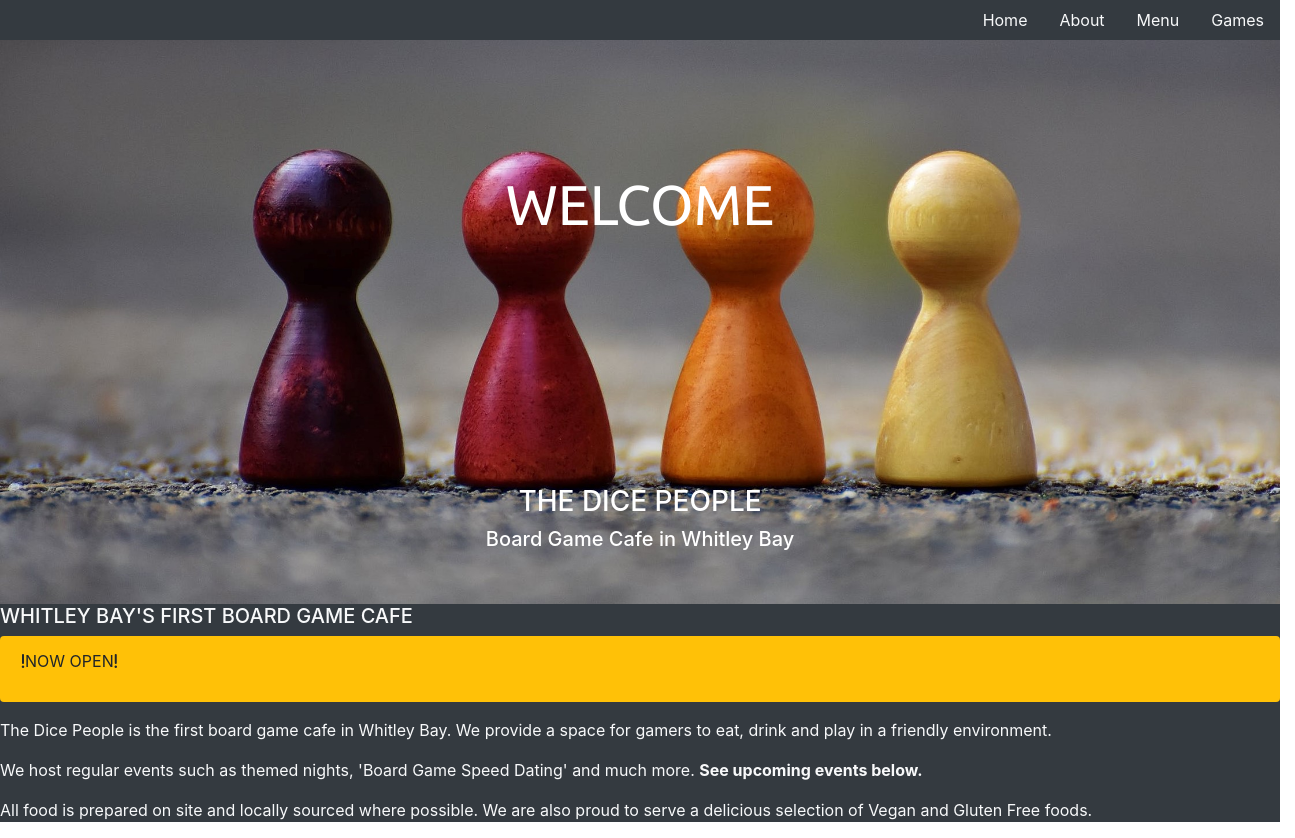
Repository: Code-Institute-Submissions/eleanorpro-milestoneproject1
Page: index.html
The author's editor kept a record of every edit. The page is drawn from the files as they stood at one moment, then again after the next edit.
The browser window is 1280 px wide. The page is 1295 px wide, so the pictures cover 1295 px, including what lies to the right of the window. The pictures show the whole page.
Some web libraries are served in a nearby version.

Above is the page before.

### index.html
<!DOCTYPE html>
<html lang="en">

<head>
    <meta charset="UTF-8">
    <meta name="viewport" content="width=device-width, initial-scale=1.0 shrink-to-fit=no">
    <meta http-equiv="X-UA-Compatible" content="ie=edge">
    <link rel="stylesheet" href="https://stackpath.bootstrapcdn.com/bootstrap/4.3.1/css/bootstrap.min.css" integrity="sha384-ggOyR0iXCbMQv3Xipma34MD+dH/1fQ784/j6cY/iJTQUOhcWr7x9JvoRxT2MZw1T" crossorigin="anonymous">
    <link href="https://fonts.googleapis.com/css?family=Ubuntu&display=swap" rel="stylesheet">
    <script src="https://kit.fontawesome.com/6737ff54ee.js" crossorigin="anonymous"></script>
    <link rel="stylesheet" href="css/style.css" type="text/css" />
    <title>The Dice People</title>
</head>

<body>
    <header>
        <nav class="bg-dark">
            <ul class="nav justify-content-end">
                <li class="nav-item">
                    <a class="nav-link active text-light bg-dark" href="index.html">Home</a>
                </li>
                <li class="nav-item">
                    <a class="nav-link text-light bg-dark" href="#">About</a>
                </li>
                <li class="nav-item">
                    <a class="nav-link text-light bg-dark" href="#">Menu</a>
                </li>
                <li class="nav-item">
                    <a class="nav-link text-light bg-dark" href="#">Games</a>
                </li>
            </ul>
        </nav>
        <div class="row">
            <div class="col">
                <div class="main-img">
                    <img class="bg-image" src="media/images/pieces.jpeg" alt="board game playing pieces">
                    <div class="centered">
                        <h1 class="uppercase display-4">Welcome</h1>
                    </div>
                    <div class="bottom-center mobhide">
                        <h3 class="uppercase">The Dice People</h2>
                            <h5>Board Game Cafe in Whitley Bay</h3>
                    </div>
                </div>
            </div>
        </div>

    </header>
    <section class="bg-dark">
        <h5 class="main-head uppercase text-light">Whitley Bay's first board game cafe</h5>
        <div class="alert bg-warning">
            <p><i class="fas fa-exclamation"></i><span>NOW OPEN</span><i class="fas fa-exclamation"></i></p>
        </div>
        <div class="intro text-light">
            <p>The Dice People is the first board game cafe in Whitley Bay. We provide a space for gamers to eat, drink and play in a friendly environment.</p>
            <p>We host regular events such as themed nights, 'Board Game Speed Dating' and much more. <strong>See upcoming events below.</strong></p>
            <p>All food is prepared on site and locally sourced where possible. We are also proud to serve a delicious selection of Vegan and Gluten Free foods.</p>
        </div>
    </section>
    <footer>

    </footer>
</body>

</html>

### css/style.css
/*--------------------------------------Text Styling */

.uppercase {
    text-transform: uppercase;
}

.centered {
    font-family: "Ubuntu", sans-serif;
}

.welcome {

}

/*--------------------------------------Navigation */

nav {
    width: 100%;
}

/*--------------------------------------Main Image */

.bg-image {
    width: 100%;
}


.main-img {
    position: relative;
    text-align: center;
    color: white;
}

.centered {
    position: absolute;
    top: 30%;
    left: 50%;
    transform: translate(-50%, -50%);
}

.bottom-center {
    position: absolute;
    bottom: 8px;
    left: 50%;
    transform: translate(-50%, -50%);
}

@media (max-width: 600px) {
.mobhide {
    display: none;
}
}

After the next edit:
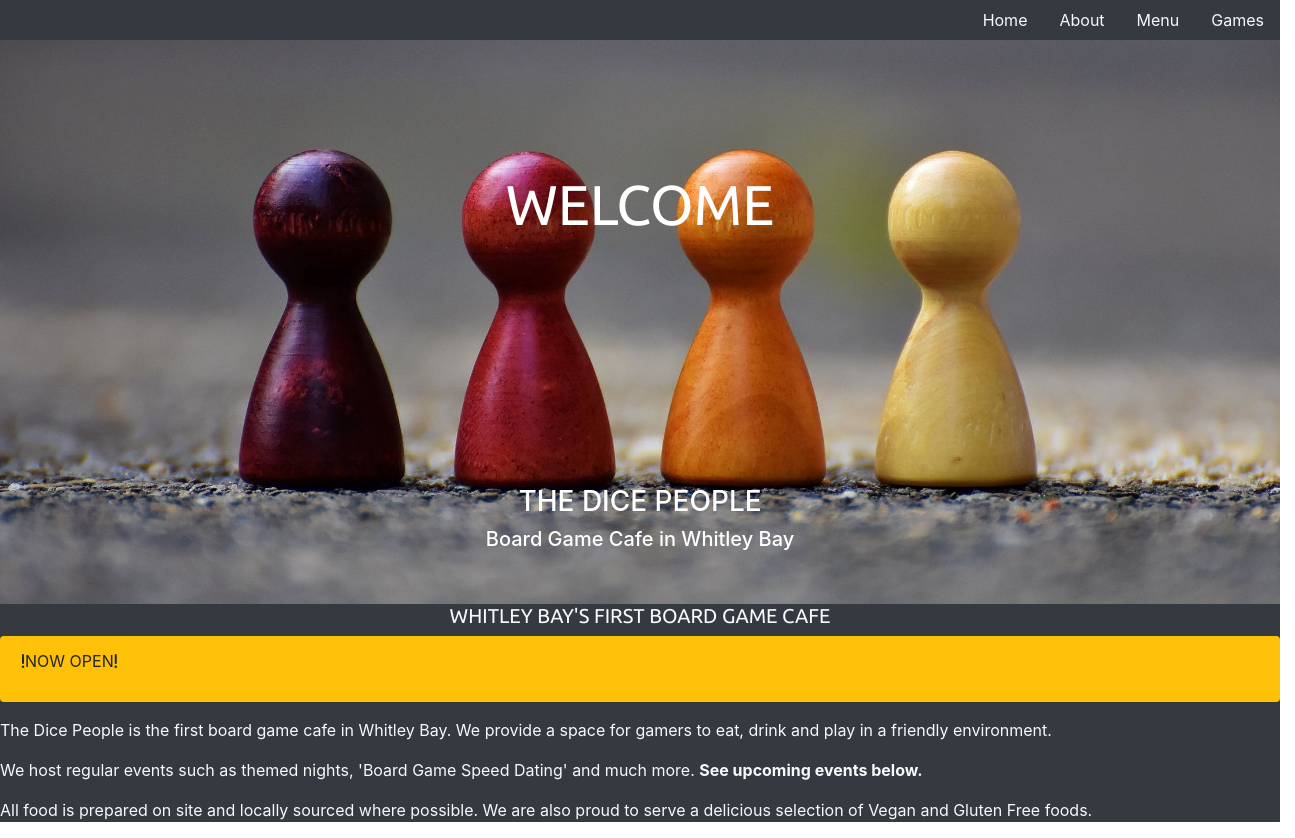
The edit:
--- a/css/style.css
+++ b/css/style.css
@@ -8,8 +8,9 @@
     font-family: "Ubuntu", sans-serif;
 }
 
-.welcome {
-
+.main-head {
+    text-align: center;
+    font-family: "Ubuntu", sans-serif;
 }
 
 /*--------------------------------------Navigation */
